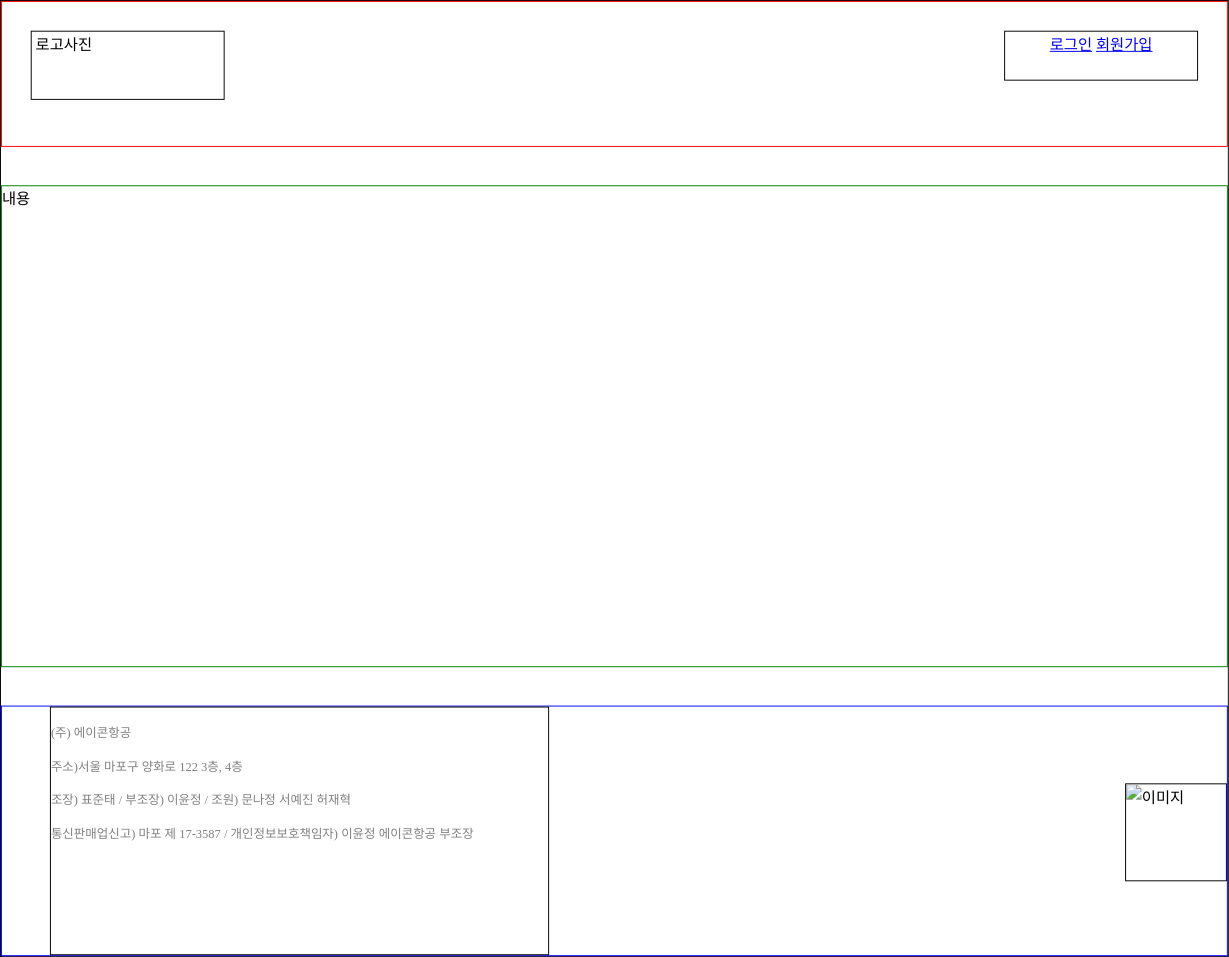
Repository: juntae710/Acorn_AirlineReservation_Project
Page: http://localhost/prj3_1/WEB-INF/views/h_index.jsp
The author's editor kept a copy of each file at every save. The page is drawn from the files as they stood at one save, then again after the next save.
The browser window is 1280 px wide. The pictures show the whole page, at 96% of full size.
The page is served by Tomcat 9. Nobody is signed in. Other server files are loaded and not shown. The template is opened directly, without the code that normally fills it, so the values that code supplies are empty.

Above is the page before, as saved 2023-09-20 01:48:42.
Not found: Eclipse/prj3_1/prj3_1/WEB-INF/views/img/acornairport.png

### Eclipse/prj3_1/src/main/webapp/WEB-INF/views/h_index.jsp
<%@ page language="java" contentType="text/html; charset=UTF-8"
	pageEncoding="UTF-8"%>
<!DOCTYPE html>
<html>
<head>
<meta charset="UTF-8">
<title>Insert title here</title>
<style>
* {
	margin: 0;
}

main {
	border: 1px solid black;
}

header {
	border: 1px solid red;
	height: 150px;
	display: flex;
	position: relative;

}

.headerimg {
	width: 200px;
	height: 70px;
	border: 1px solid black;
	position: absolute;
	left: 30px;
	top: 30px;
}

.headerAtag {
	width: 200px;
	height: 50px;
	border: 1px solid black;
	position: absolute;
	right: 30px;
	top: 30px;
	text-align: center;
}

section {
	border: 1px solid green;
	height: 500px;
	margin-top: 40px;
}

footer {
	border: 1px solid blue;
	height: 259px;
	margin-top: 40px;
	margin-bottom: 0px;
	display: flex;
}

.footer_info {
	border: 1px solid black;
	margin-left: 50px;
	width: 1000px;
	font-size: 13px;
	color: gray;
}

.footer_img {
	border: 1px solid black;
	width: 200px;
	height: 100px;
	margin-left: 600px;
	margin-top: 80px;
}
</style>
</head>
<body>
	<main>
		<header>
			<div class="headerimg">
				<img src="" alt=""> 로고사진
			</div>

			<%
			String id = (String) session.getAttribute("id");
			%>

			<div class="headerAtag">
				<%
				if (id == null) {
				%>
				<a href="<%=request.getContextPath()%>/h_login">로그인</a>
				<%

				%>
				<a href="<%=request.getContextPath()%>/l_join">회원가입</a>
				<%
				} else {
				%>
				<p>
					아이디:
					<%=id%>님
				</p>
				<a href="<%=request.getContextPath()%>/h_logOut">로그아웃</a> <a
					href="<%=request.getContextPath()%>/UUA.do">마이페이지</a>

				<%
				}
				%>
			</div>

		</header>

		<section>내용</section>



		<footer>
			<div class="footer_info">
				<br>(주) 에이콘항공 <br>
				<br> 주소)서울 마포구 양화로 122 3층, 4층 <br>
				<br> 조장) 표준태 / 부조장) 이윤정 / 조원) 문나정 서예진 허재혁 <br>
				<br> 통신판매업신고) 마포 제 17-3587 / 개인정보보호책임자) 이윤정 에이콘항공 부조장
			</div>
			<div class="footer_img">
				<img alt="이미지" src="./img/acornairport.png">
			</div>
		</footer>
	</main>
</body>
</html>

After the next save:
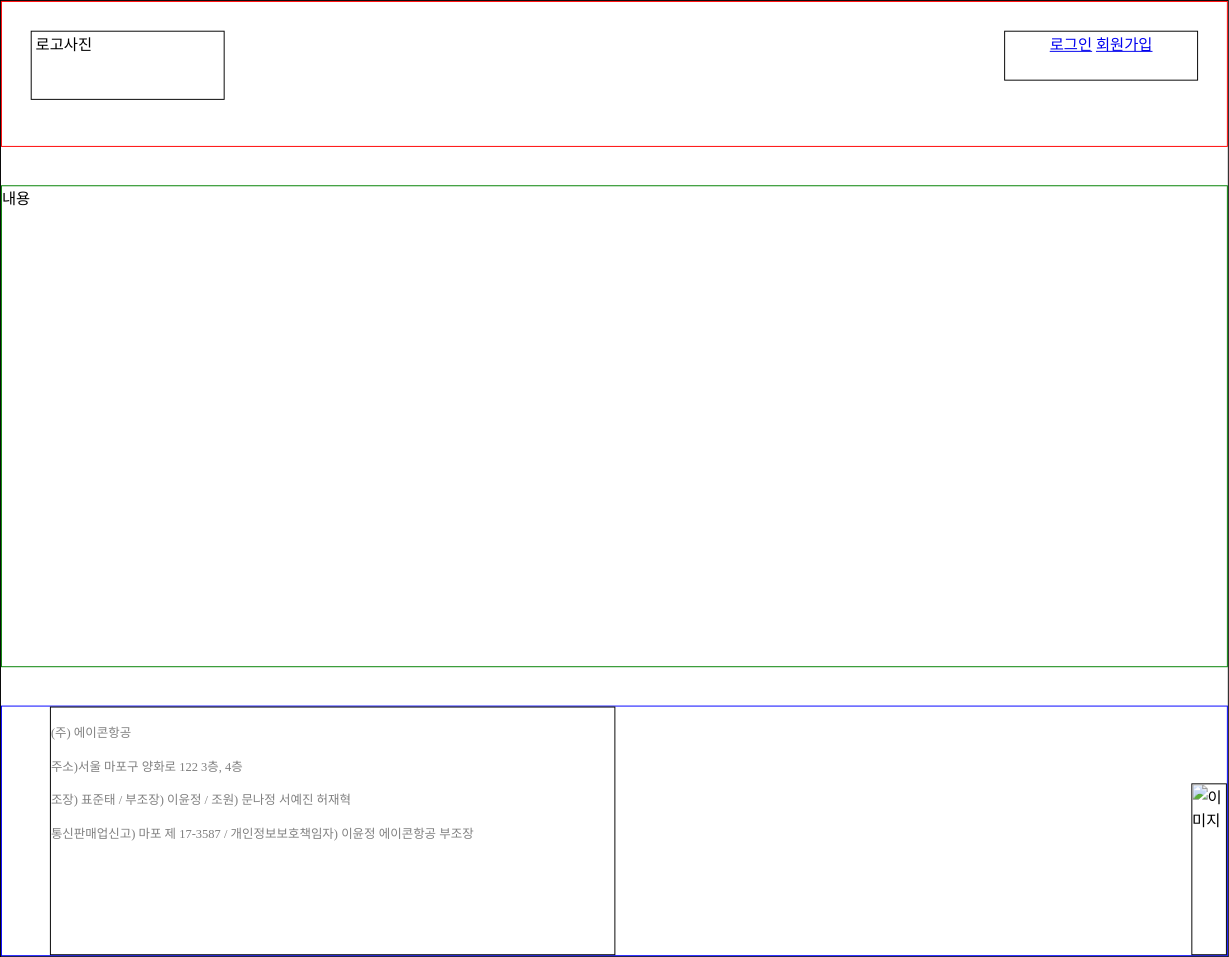
Saved 2 min 16 s later.
--- a/Eclipse/prj3_1/src/main/webapp/WEB-INF/views/h_index.jsp
+++ b/Eclipse/prj3_1/src/main/webapp/WEB-INF/views/h_index.jsp
@@ -65,8 +65,7 @@
 
 .footer_img {
 	border: 1px solid black;
-	width: 200px;
-	height: 100px;
+
 	margin-left: 600px;
 	margin-top: 80px;
 }

After the save that followed:
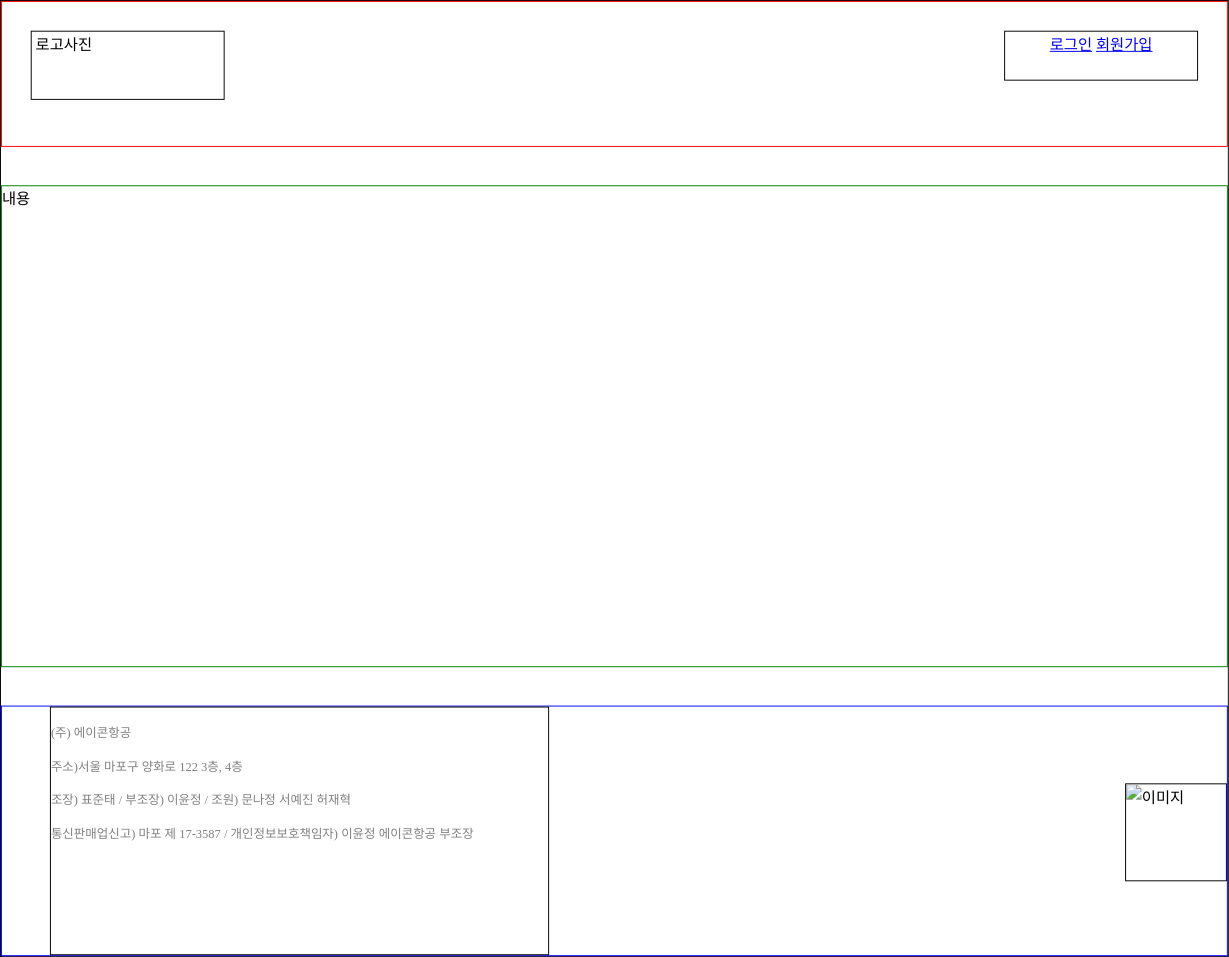
Saved 15 s later.
--- a/Eclipse/prj3_1/src/main/webapp/WEB-INF/views/h_index.jsp
+++ b/Eclipse/prj3_1/src/main/webapp/WEB-INF/views/h_index.jsp
@@ -65,7 +65,8 @@
 
 .footer_img {
 	border: 1px solid black;
-
+	width: 200px;
+	height: 100px;
 	margin-left: 600px;
 	margin-top: 80px;
 }
